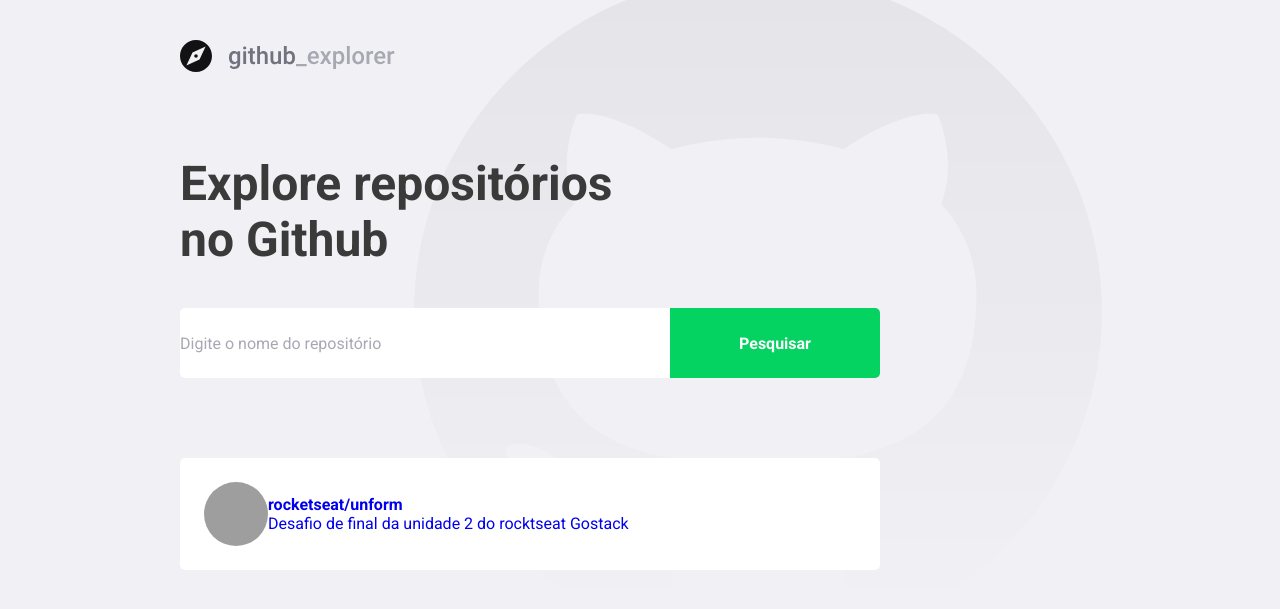
Repository: ramonmjr/projeto-repositorios-git-react
Page: /
These files come from the project's save history. The page is drawn as it stood at one moment and after the next save; the edit follows.
The browser window is 1280 px wide. The pictures show the whole page.
Pictures or frames that could not be fetched are drawn as grey boxes. The project was rebuilt for these pictures with package versions that can differ from the ones it lists, and the page was loaded fresh each time. A package was used in the major version that the imports need, not the one package.json lists. Also part of the build but not shown: src/pages/Repository/index.tsx.

Above is the page before, as saved 2020-10-21 17:34:57.

### public/index.html
<!DOCTYPE html>
<html lang="en">

<head>
  <meta charset="utf-8" />
  <link rel="icon" href="%PUBLIC_URL%/favicon.ico" />
  <meta name="viewport" content="width=device-width, initial-scale=1" />
  <meta name="theme-color" content="#3A3A3A" />

  <title>Github Explorer</title>
  <link href="https://fonts.googleapis.com/css2?family=Roboto:wght@400;700&display=swap" rel="stylesheet">
</head>

<body>
  <noscript>You need to enable JavaScript to run this app.</noscript>
  <div id="root"></div>
</body>

</html>

### src/App.tsx
import React from 'react';
import { BrowserRouter } from 'react-router-dom';
import GlobalStyle from './styles/global';

import Routes from './routes';

const App: React.FC = () => (
  <>
    <BrowserRouter>
      <Routes />
    </BrowserRouter>
    <GlobalStyle />
  </>
);

export default App;

### src/styles/global.ts
import { createGlobalStyle } from 'styled-components';
import githubBackground from '../assets/github-background.svg';

export default createGlobalStyle`
* {
  margin: 0;
  padding: 0;
  outline: 0;
  box-sizing: border-box;
}
body {
  background: #f0f0f5 url(${githubBackground}) no-repeat 70% top;
  -webkit-font-smoothing: antialiased;
}

body, input, button {
  font: 16px Roboto, sans-serif;
}

#root {
  max-width: 960px;
  margin: 0 auto;
  padding: 40px 20px;
}

button {
  cursor: pointer;
}
`;

### src/pages/Dashboard/index.tsx
import React from 'react';
import { Title, Form, Repositories } from './styles';
import logoImg from '../../assets/logo.svg';

const Dashboard: React.FC = () => (
  <>
    <img src={logoImg} alt="Github Explorer" />
    <Title>Explore repositórios no Github</Title>
    <Form>
      <input placeholder="Digite o nome do repositório" />
      <button type="submit">Pesquisar</button>
    </Form>
    <Repositories>
      <a href="teste">
        <img
          src="https://avatars1.githubusercontent.com/u/12487554?s=400&v=4"
          alt="Ramon Marques"
        />
        <div>
          <strong>rocketseat/unform</strong>
          <p>Desafio de final da unidade 2 do rocktseat Gostack</p>
        </div>
      </a>
    </Repositories>
  </>
);

export default Dashboard;

### src/pages/Dashboard/styles.ts
import styled from 'styled-components';
import { shade } from 'polished';

export const Title = styled.h1`
  font-size: 48px;
  max-width: 450px;
  color: #3a3a3a;
  margin-top: 80px;
  line-height: 56px;
`;

export const Form = styled.form`
  margin-top: 40px;
  max-width: 700px;
  display: flex;

  input {
    flex: 1;
    height: 70px;
    padding: 0 24;
    border: 0;
    border-radius: 5px 0 0 5px;
    color: #3a3a3a;

    &::placeholder {
      color: #a8a8b3;
    }
  }

  button {
    width: 210px;
    background: #04d361;
    border-radius: 0px 5px 5px 0px;
    border: 0;
    color: #fff;
    font-weight: bold;
    transition: background-color 0.2s;

    &:hover {
      background: ${shade(0.2, '#04d361')};
    }
  }
`;

export const Repositories = styled.div`
  margin-top: 80px;
  max-width: 700px;

  a {
    background: #fff;
    border-radius: 5px;
    width: 100%;
    padding: 24px;
    display: block;
    text-decoration: none;
    display: flex;
    align-items: center;
  }

  img {
    width: 64px;
    height: 64px;
    border-radius: 50%;
  }
`;

Loaded but not shown: src/index.tsx (common file); src/routes/index.tsx (common file)

After the next save:
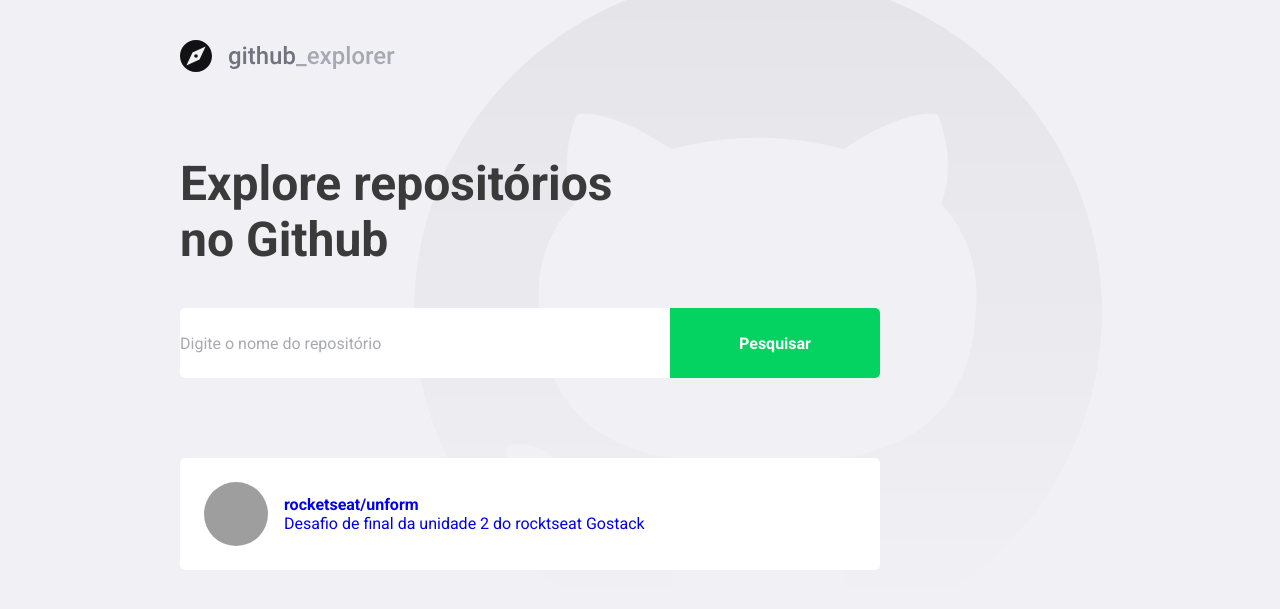
Saved 14 min 31 s later.
--- a/src/pages/Dashboard/styles.ts
+++ b/src/pages/Dashboard/styles.ts
@@ -62,4 +62,8 @@
     height: 64px;
     border-radius: 50%;
   }
+
+  div {
+    margin-left: 16px;
+  }
 `;
